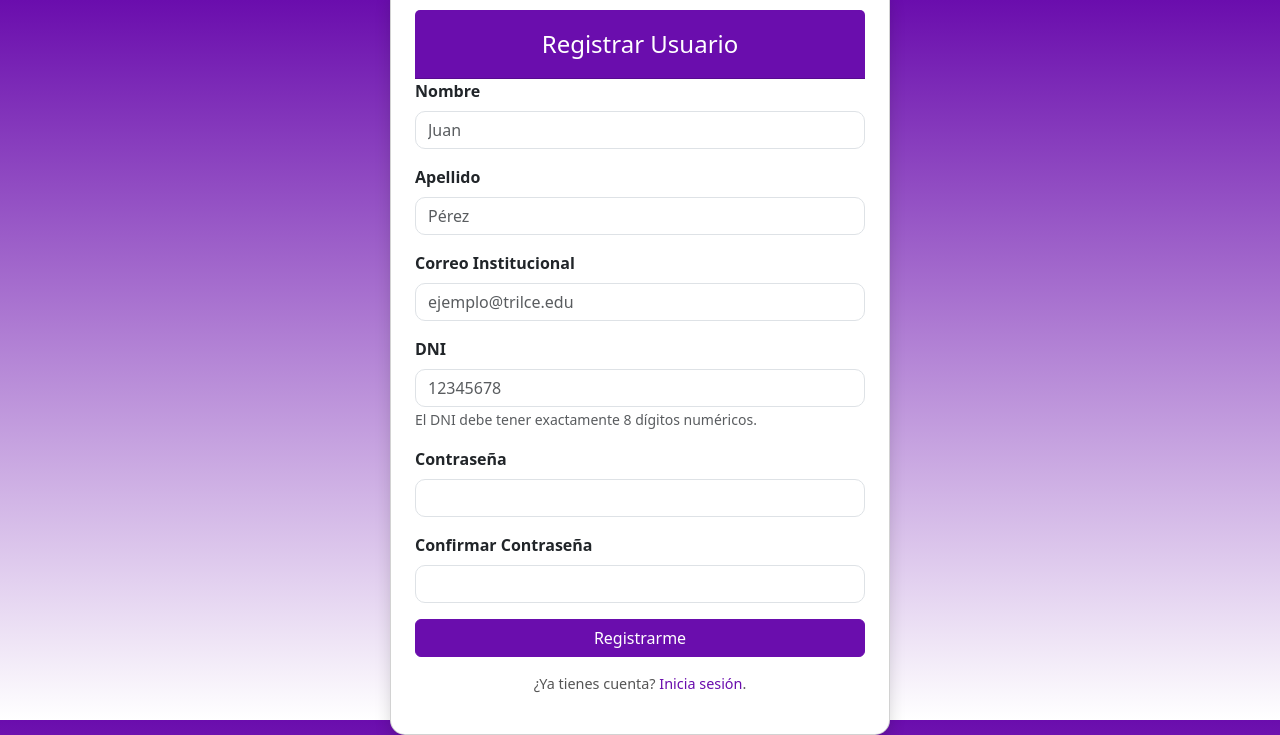
Repository: maycky02/Bibloteca_integrador
Page: http://localhost/registrarme
The author's editor kept a copy of each file at every save. The page is drawn from the files as they stood at one save, then again after the next save.
The browser window is 1280 px wide. The pictures show the whole page.
The page is this project's Thymeleaf template; nobody is signed in. The template is opened directly, without the code that normally fills it, so the values that code supplies are empty.

Above is the page before, as saved 2024-12-03 21:25:07.

After the next save:
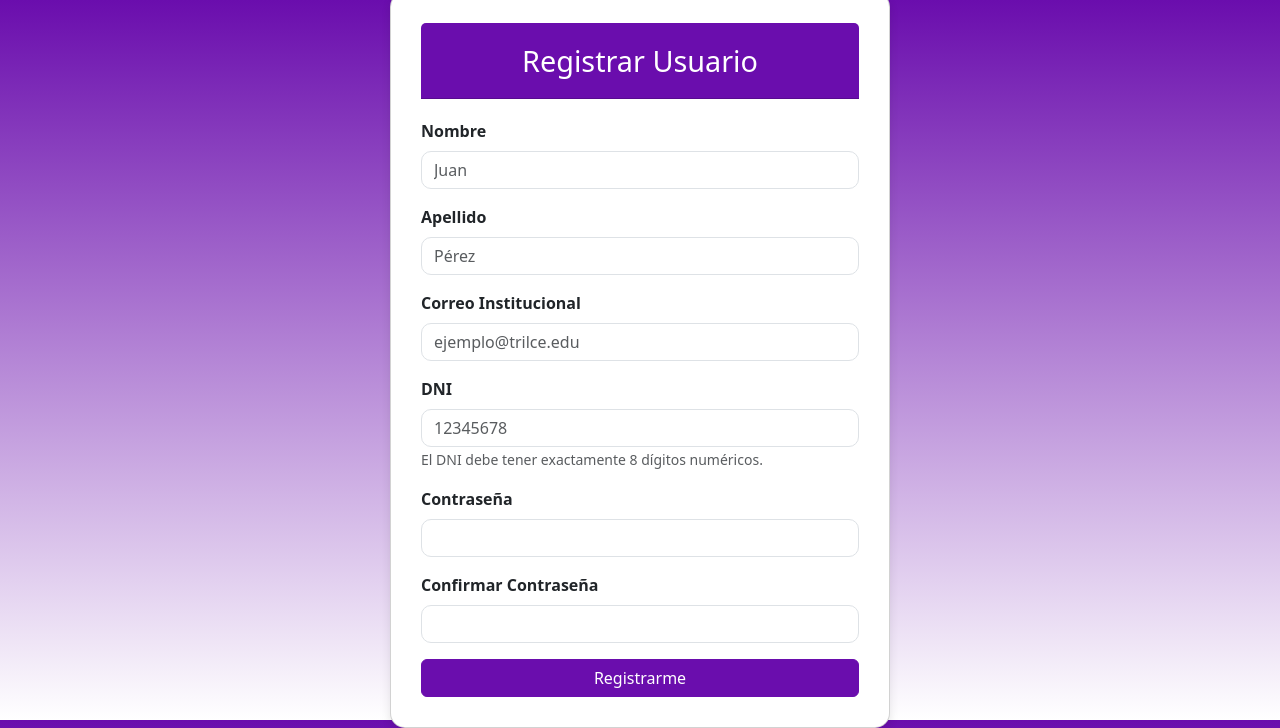
Saved 2 min 4 s later.
--- a/Bibloteca/src/main/resources/templates/registrarme.html
+++ b/Bibloteca/src/main/resources/templates/registrarme.html
@@ -16,16 +16,18 @@
         .card {
             border-radius: 15px;
             box-shadow: 0 4px 10px rgba(0, 0, 0, 0.1);
+            padding: 30px;
         }
 
         .card-header {
             background-color: #6a0dad;
             color: white;
-            font-size: 1.5rem;
+            font-size: 1.8rem;
             text-align: center;
             border-top-left-radius: 15px;
             border-top-right-radius: 15px;
             padding: 1rem;
+            margin-bottom: 20px;
         }
 
         /* Botones */
@@ -53,11 +55,6 @@
             border-radius: 10px;
         }
 
-        .footer-text {
-            font-size: 0.9rem;
-            color: #555;
-        }
-
         /* Ajustes de los enlaces */
         a {
             color: #6a0dad;
@@ -73,7 +70,7 @@
 
     <!-- Contenedor principal -->
     <div class="container d-flex align-items-center justify-content-center" style="height: 100vh;">
-        <div class="card p-4 shadow" style="width: 500px;">
+        <div class="card" style="width: 100%; max-width: 500px;">
             <div class="card-header">
                 Registrar Usuario
             </div>
@@ -128,10 +125,6 @@
                 <!-- Botón de registro -->
                 <button type="submit" class="btn btn-primary w-100">Registrarme</button>
 
-                <!-- Enlace para iniciar sesión -->
-                <p class="mt-3 text-center footer-text">
-                    ¿Ya tienes cuenta? <a href="/login">Inicia sesión</a>.
-                </p>
             </form>
         </div>
     </div>
